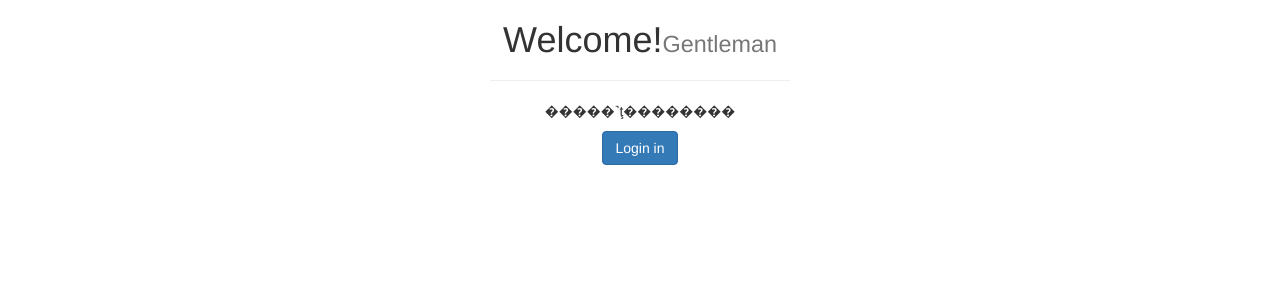
Repository: JasonBour/Beautypedia
Page: http://localhost/
The author's editor kept a copy of each file at every save. The page is drawn from the files as they stood at one save, then again after the next save.
The browser window is 1280 px wide. The pictures show the whole page.
The page is run by PHP 8.4 with error messages shown; the project is at /var/www/html/.

Above is the page before, as saved 2015-09-13 12:24:49.

### Beautypedia/index.php
<html>
<head>
<meta charset="utf-8">
<link rel="stylesheet" type="text/css" href="./css/bootstrap.min.css"><!-- css file-->
<link rel="stylesheet" type="text/css" href="./css/index.css">
</head>
<body>


<div class="container ">
    <h1  class="title">Welcome!<small>Gentleman</small></h1>



     <HR align=center width=300 color=#987cb9 SIZE=1>

  <div>
   <p>綠唐瑯뵀？듐샌侶쟁</p>
   <button type="button" class="btn btn-primary">Login in</button>


  </div>


 </div>


</body>

</html>

### Beautypedia/css/index.css
@CHARSET "UTF-8";
div.container{
	text-align:center;


}

Loaded but not shown: Beautypedia/css/bootstrap.min.css (library)

After the next save:
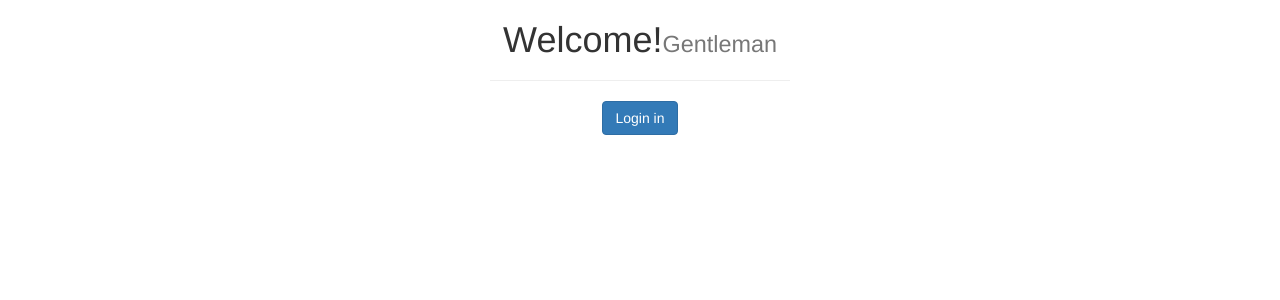
Saved 34 s later.
--- a/Beautypedia/index.php
+++ b/Beautypedia/index.php
@@ -15,7 +15,7 @@
      <HR align=center width=300 color=#987cb9 SIZE=1>
 
   <div>
-   <p>綠唐瑯뵀？듐샌侶쟁</p>
+   <p></p>
    <button type="button" class="btn btn-primary">Login in</button>
 
 
